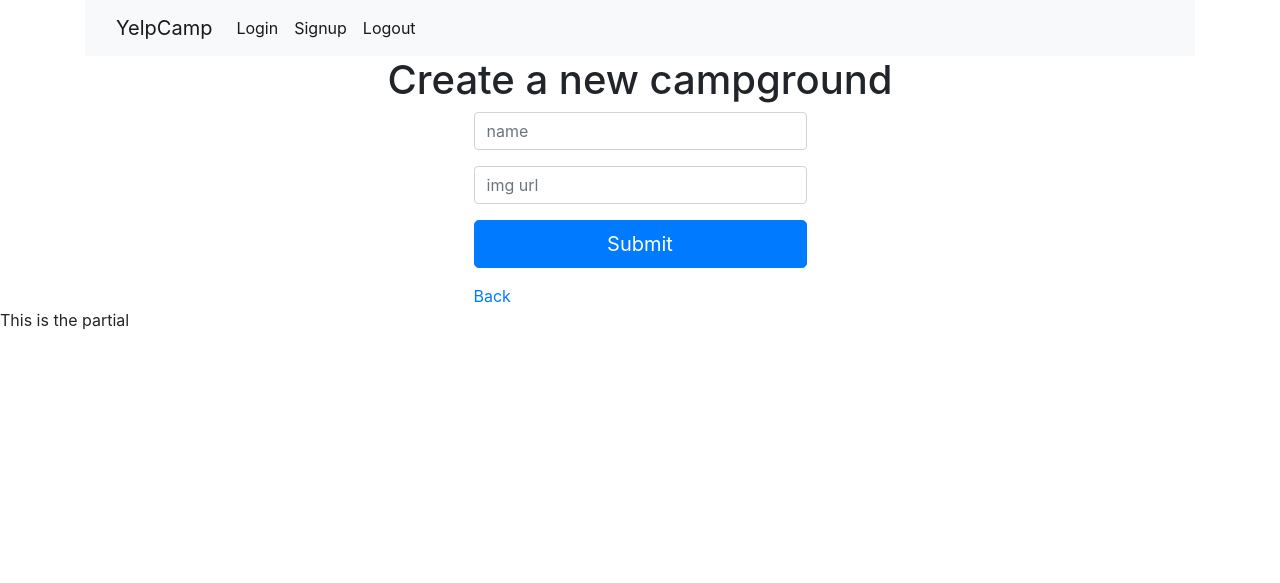
Repository: VictorWangwz/Web-Development
Page: http://localhost/campground/new
The author's editor kept a record of every edit. The page is drawn from the files as they stood at one moment, then again after the next edit.
The browser window is 1280 px wide. The pictures show the whole page.
The page is served by the project's Node server (YelpCamp/v1/app.js).

Above is the page before.

After the next edit:
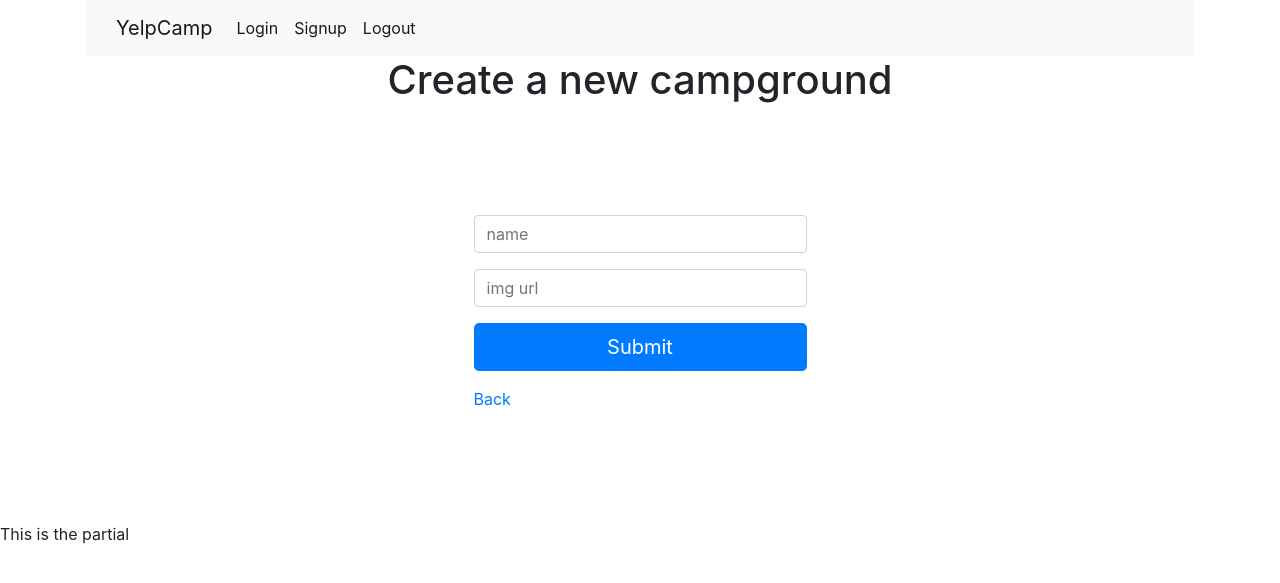
The edit:
--- a/YelpCamp/v1/views/new.ejs
+++ b/YelpCamp/v1/views/new.ejs
@@ -3,7 +3,7 @@
 <div class="container">
    <div >
         <h1 style="text-align:center">Create a new campground</h1>
-        <div style="width:30%;margin:0 auto">
+        <div style="width:30%;margin:10% auto">
              <form action="/campground" method="POST">
                  <div class="form-group">
                      <input class="form-control" type="text" placeholder="name" name="name">
